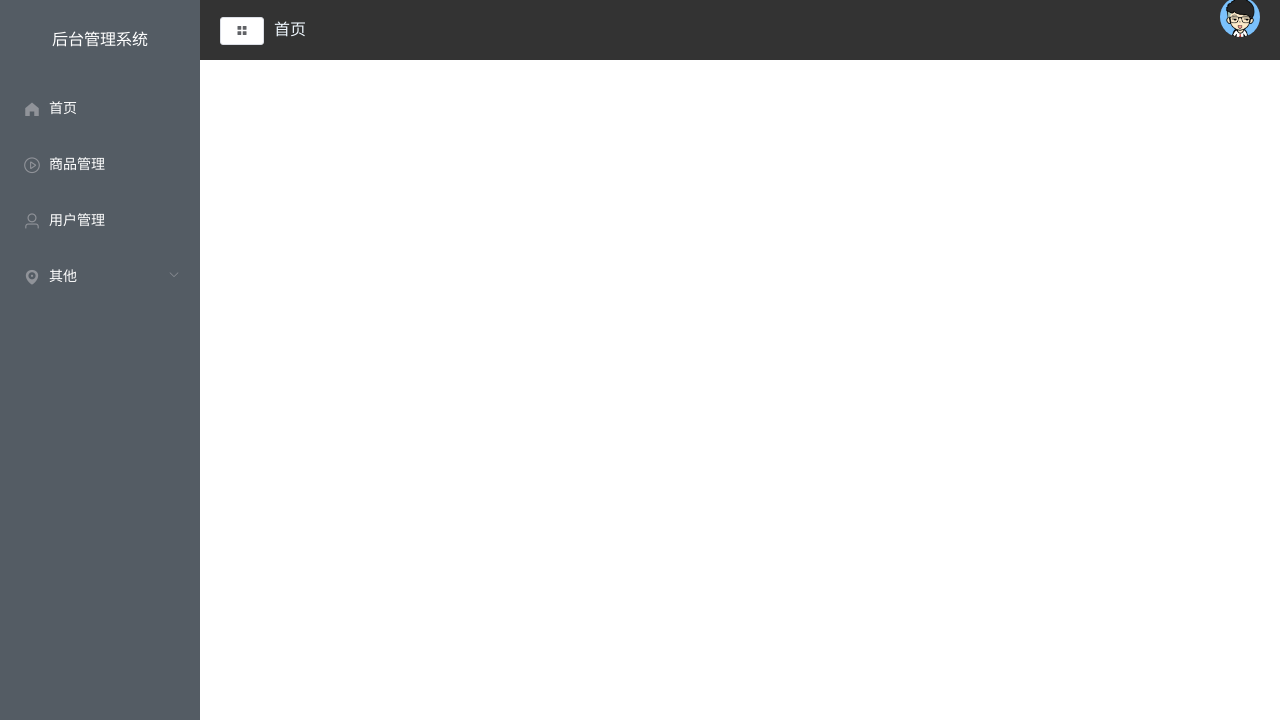
Repository: wuqu11/Management-system
Page: /
The author's editor kept a copy of each file at every save. The page is drawn from the files as they stood at one save, then again after the next save.
The browser window is 1280 px wide. The pictures show the whole page.
The project was rebuilt for these pictures with package versions that can differ from the ones it lists, and the page was loaded fresh each time. Also part of the build but not shown: vue.config.js, src/view/User.vue, src/view/Home.vue, src/view/Mall.vue, src/view/PageOne.vue, src/view/PageTwo.vue.

Above is the page before, as saved 2023-07-18 08:13:49.

### src/main.js
import Vue from 'vue'
import App from './App.vue'
import ElementUI from 'element-ui';
  // import element from 'element-ui';
import 'element-ui/lib/theme-chalk/index.css';
import router from '@/router';

Vue.use(router)
Vue.use(ElementUI)
// Vue.use(Button)
Vue.config.productionTip = false

new Vue({
  router,
  render: h => h(App),
}).$mount('#app')

### src/App.vue
<template>
  <div id="app">
    <!-- <el-row>
        <el-button>默认按钮</el-button>
        <el-button type="primary">主要按钮</el-button>
        <el-button type="success">成功按钮</el-button>
        <el-button type="info">信息按钮</el-button>
        <el-button type="warning">警告按钮</el-button>
        <el-button type="danger">危险按钮</el-button>
    </el-row> -->
    <router-view></router-view>
  </div>
</template>

<script>


export default {
  name: 'App',
}
</script>

<style lang='less'>
    html,body{
      margin: 0;
      padding: 0;
    }
</style>

### src/router/index.js
import VueRouter from "vue-router";
import Vue from "vue";
import User from '@/view/User.vue';
import Home from '@/view/Home.vue';
import Main from '@/view/Main.vue';
import Mall from '@/view/Mall.vue';
import PageOne from '@/view/PageOne.vue';
import PageTwo from '@/view/PageTwo.vue'

//1.创建路由组件
//2.路由组件的映射
//3.创建路由实例对象

Vue.use(VueRouter);
const routes = [
    { path: '/',
      component:Main ,

      children:[
        { path: 'home', component: Home },
        { path: 'user', component: User },
        { path: 'mall', component: Mall },
        { path: 'page1', component: PageOne },
        { path: 'page2', component: PageTwo },
      ]
    },
    {
      path:'*',
      redirect:'/home',
    }

  ]
 //先把VueRouter原型对象的push,先保存一份
let originPush = VueRouter.prototype.push;
let originReplce = VueRouter.prototype.replace;
//重写push|relace
//第一个参数:告诉原来push方法,你往哪里跳转(传递那些参数)
//第二个参数:成功回调
//第三个参数:失败回调
//call|apply区别
//相同点:都可以调用函数一次,都可以篡改函数的上下文一次
//不同点:call与apply传递参数,call传递参数用逗号隔开,apply方法执行,传递数组
VueRouter.prototype.push = function(location,resolve,reject){
    if(resolve && reject){
        originPush.call(this,location,resolve,reject)
    }else{
        originPush.call(this,location,()=>{},()=>{})
    }
};

VueRouter.prototype.replace = function(location,resolve,reject){
    if(resolve && reject){
        originReplce.call(this,location,resolve,reject)
    }else{
        originReplce.call(this,location,()=>{},()=>{})
    }
};

export default new VueRouter({
    routes // (缩写) 相当于 routes: routes
  })

### src/view/Main.vue
<template>
    <div>
        <el-container>
        <el-aside width="200px">
            <CommenSide />
        </el-aside>
        <el-container>
            <el-header class="el-header">
                <CommenHeader/>
            </el-header>
            <el-main>
                    <router-view></router-view>
            </el-main>
        </el-container>
        </el-container>
        <router-view></router-view>
    </div>
</template>

<script>
import CommenSide from '@/components/CommenSide.vue';
import CommenHeader from '@/components/CommenHeader.vue';
    export default {
        components:{CommenSide,CommenHeader}
    }
</script>

<style   scoped>
      .el-header {
    background-color: #B3C0D1;
    color: #111;
    line-height: 60px;
    padding: 0;
  }

  .el-aside {
    color: #333;
  }
</style>

### src/components/CommenSide.vue
<template>
    <div>

        <el-menu default-active="1-4-1" class="el-menu-vertical-demo" @open="handleOpen" @close="handleClose"
            :collapse="isCollapse" background-color="#545c64" text-color="#fff" active-text-color="#ffd04b">
             <h3>后台管理系统</h3>
            <el-menu-item  @click="clickMenu(item)" v-for="item in noChildren " :key='item.name' :index="item.name">
                <i :class='`el-icon-${item.icon}`'></i>
                <span slot="title">{{ item.label }}</span>
            </el-menu-item>
            <el-submenu  v-for="item in Children" :key='item.label' :index="item.label">
                <template slot="title">
                    <i :class='`el-icon-${item.icon}`'></i>
                    <span slot="title">{{ item.label }}</span>
                </template>
                <el-menu-item-group    v-for="subItem in item.children" :key="subItem.path">
                    <el-menu-item   @click="clickMenu(subItem)" :index="subItem.path">{{ subItem.label }}</el-menu-item>
                </el-menu-item-group>
            </el-submenu>

        </el-menu>
    </div>
</template>

<script>
export default {
    data() {
        return {
            isCollapse: false,
            menuDate: [{
                path: '/',
                name: 'home',
                label: '首页',
                icon: 's-home',
                url: 'Home/Home'
            },
            {
                path: '/mall',
                name: 'mall',
                label: '商品管理',
                icon: 'video-play',
                url: 'MallManage/MallManage'
            },
            {
                path: '/user',
                name: 'user',
                label: '用户管理',
                icon: 'user',
                url: 'UserManage/UserManage'
            },
            {
                label: '其他',
                icon: 'location',
                children: [
                    {
                        path: '/page1',
                        name: 'page1',
                        label: '页面1',
                        icon: 'setting',
                        url: 'Other/PageOne'
                    },
                    {
                        path: '/page2',
                        name: 'page2',
                        label: '页面2',
                        icon: 'setting',
                        url: 'Other/PageTwo'
                    }
                ]
            }]
        };
    },
    methods: {
        handleOpen(key, keyPath) {
            console.log(key, keyPath);
        },
        handleClose(key, keyPath) {
            console.log(key, keyPath);
        },
        clickMenu(item){
            console.log(item);
            this.$router.push(item.path)
        }
    },
    computed: {
        noChildren() {
            return this.menuDate.filter(item => !item.children)
        },
        Children() {
            return this.menuDate.filter(item => item.children)
        },

    },
}
</script>

<style lang='less' scoped>
    .el-menu-vertical-demo:not(.el-menu--collapse) {
        width: 200px;
        min-height: 400px;
    }
        .el-menu{
            height: 100vh;
            h3{
                color: #fff;
                text-align: center;
                line-height: 48px;
                font-size: 16px;
                font-weight: 400;
            }
        }

</style>

### src/components/CommenHeader.vue
<template>
        <div class="header-container">
            <div class="l-container">
                <el-button icon="el-icon-menu" size="mini"></el-button>
                <span class="text">首页</span>
            </div>
            <div class="r-container">
                <el-dropdown class="el-dropdown">
                    <span class="el-dropdown-link">
                        <img src="../assets/images/user.png" alt="" class="user">
                    </span>
                    <el-dropdown-menu slot="dropdown">
                        <el-dropdown-item>个人中心</el-dropdown-item>
                        <el-dropdown-item>退出</el-dropdown-item>
                    </el-dropdown-menu>
                </el-dropdown>
            </div>
        </div>
</template>

<script>
export default {

}
</script>

<style lang="less" scoped>
.header-container {
    height: 60px;
    background-color: #333;
    padding: 0 20px;
    display: flex;
    align-items: center;
    justify-content: space-between;

    .text {
        color: aliceblue;
        size: 14px;
        margin-left: 10px;
    }

    .r-container {
        .el-dropdown {

            .user {
                height: 40px;
                width: 40px;
                border-radius: 50%;
            }

        }
    }

}
</style>

Loaded but not shown: public/index.html (common file)

After the next save:
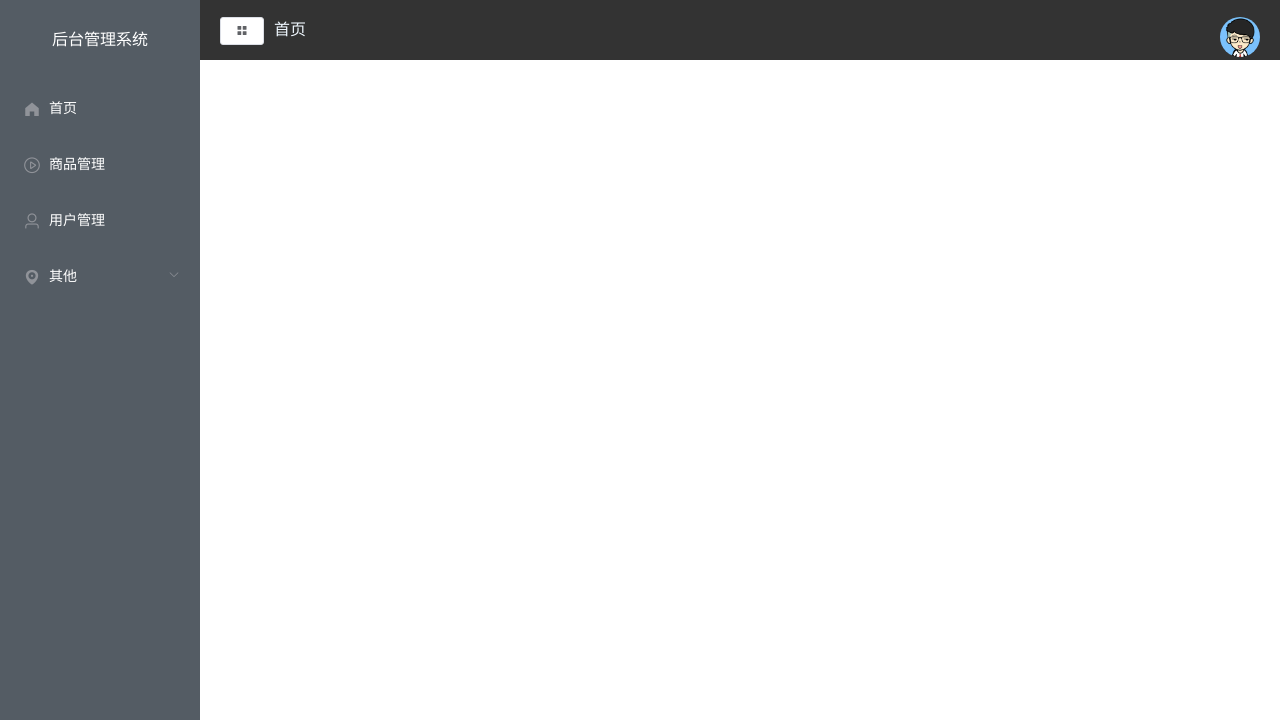
Saved 4 s later.
--- a/src/components/CommenHeader.vue
+++ b/src/components/CommenHeader.vue
@@ -41,7 +41,7 @@ export default {
 
     .r-container {
         .el-dropdown {
-
+            top: 20px;
             .user {
                 height: 40px;
                 width: 40px;
